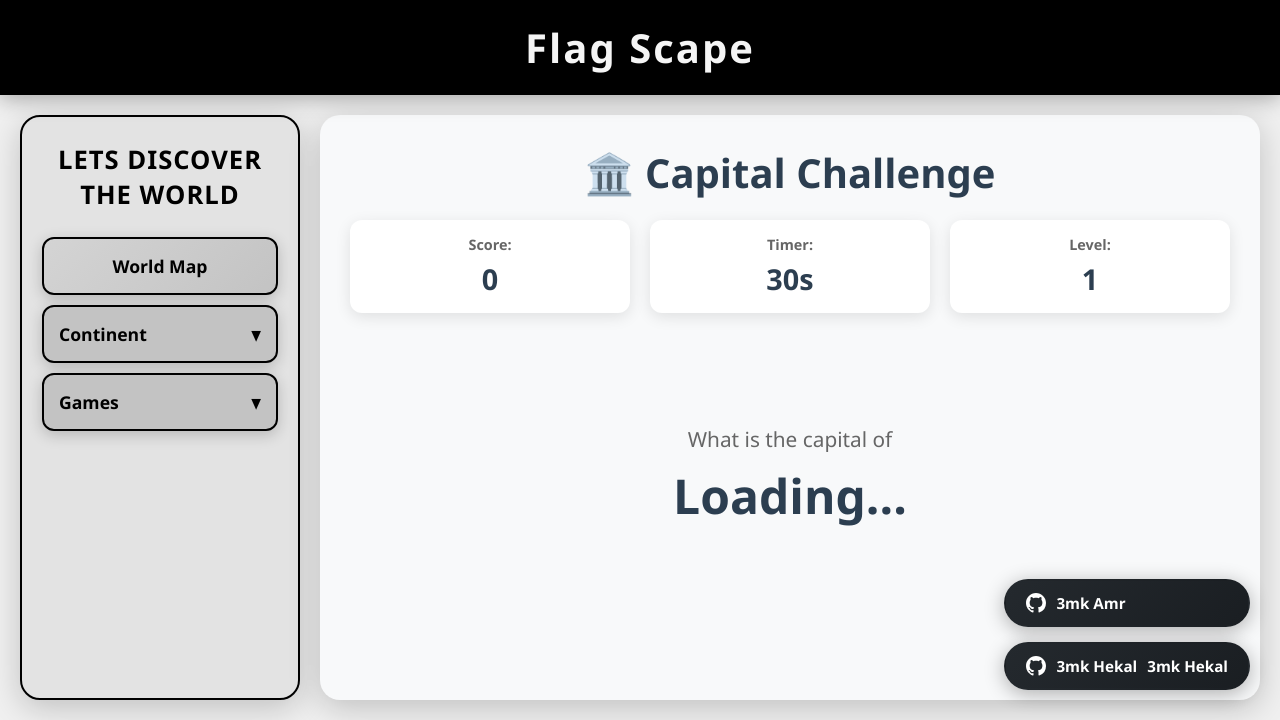
Repository: Amr-Ma7moud/FlagScape
Page: capitalChallenge.html
These files come from the project's save history. The page is drawn as it stood at one moment and after the next save; the edit follows.
The browser window is 1280 px wide. The pictures show the whole page.
The page's requests for data from a server got no answer.

Above is the page before, as saved 2025-12-02 01:55:07.
Console error: TypeError: Cannot read properties of undefined (reading 'capital')

After the next save:
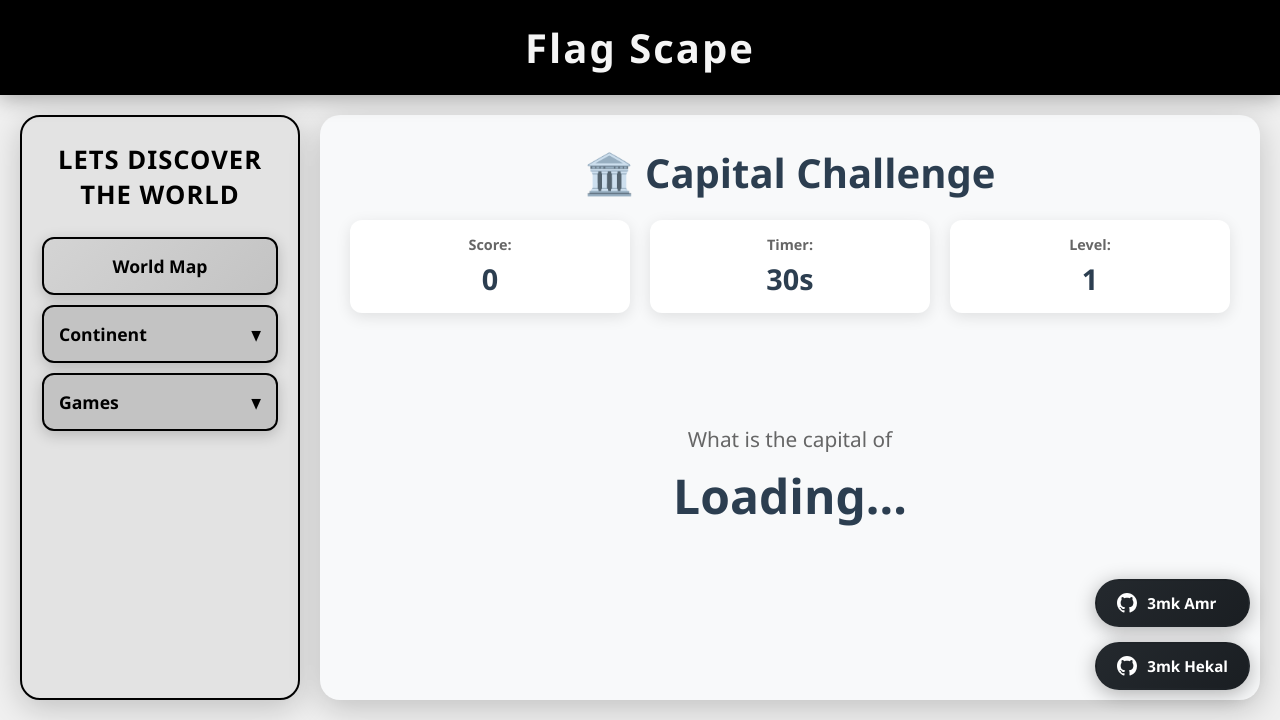
Saved 32 s later.
--- a/js/capitalChallenge.js
+++ b/js/capitalChallenge.js
@@ -6,7 +6,7 @@ async function initializePage() {
   await embedHTML("header", "/htmlUtil/header.html");
   await embedHTML("sideBar", "/htmlUtil/sideBar.html");
   await embedHTML("fab", "/htmlUtil/fab.html");
-  document.getElementById("hekal").appendChild(document.createElement("span")).innerHTML = "3mk Hekal";
+  // document.getElementById("hekal").appendChild(document.createElement("span")).innerHTML = "3mk Hekal";
 
   startGame();
 }
